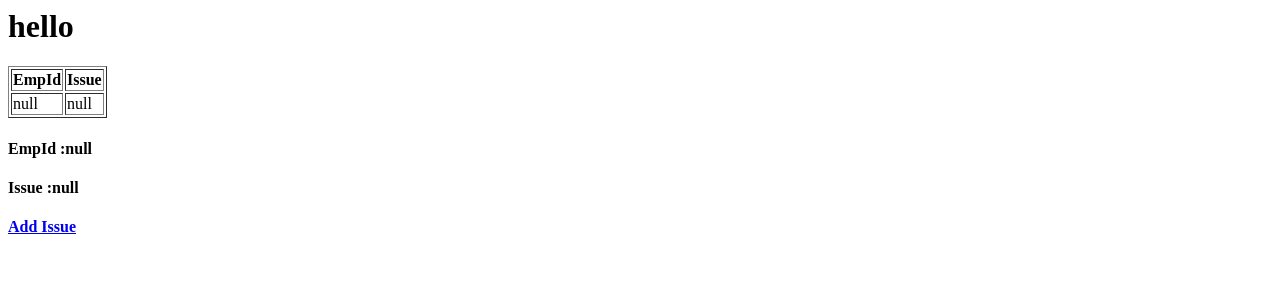
Repository: Sruthakeerthisuriya/Advancejava
Page: http://localhost/SerrvletProject/IssuePage
An editor plug-in stored every save of this project. The page is shown before and after the next save, followed by the edit.
The browser window is 1280 px wide. The pictures show the whole page.
The page is served by Tomcat 9.

Above is the page before, as saved 2022-11-22 09:29:44.

After the next save:
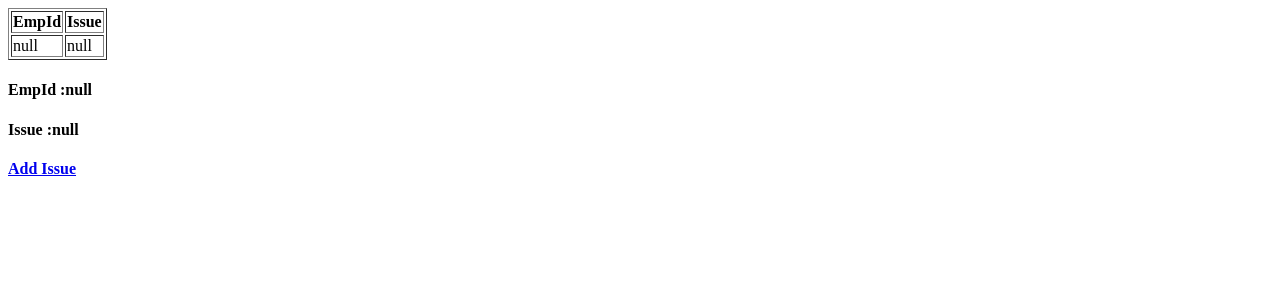
Saved 14 min 56 s later.
--- a/MiniProject/SerrvletProject/src/main/java/Com/Package/IssuePage.java
+++ b/MiniProject/SerrvletProject/src/main/java/Com/Package/IssuePage.java
@@ -41,7 +41,7 @@ public class IssuePage extends HttpServlet {
 	response.setContentType("text/html");
 	PrintWriter pw = response.getWriter();
 	pw.println("<html><body>");
-	pw.println("<h1>hello </h1>");
+
 	pw.println("<table border=/'1/height=/'100/width=/'100/>");
 	pw.println("<tr> <th> EmpId </th> <th> Issue </th> </tr>" );
 	pw.println("<tr> <td> "+emp+"</td> <td>"+issue+"</td></tr>");
